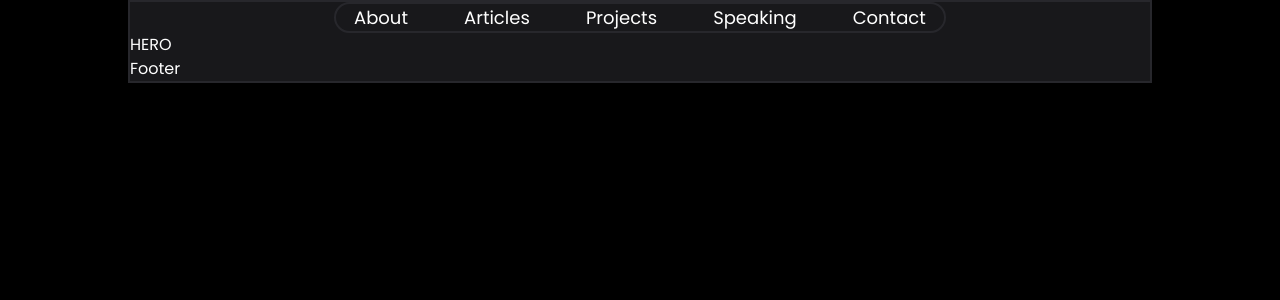
Repository: Wafaabahgat/Portfolio
Page: /
An editor plug-in stored every save of this project. The page is shown before and after the next save, followed by the edit.
The browser window is 1280 px wide. The pictures show the whole page.
The project was rebuilt for these pictures with package versions that can differ from the ones it lists, and the page was loaded fresh each time. Also part of the build but not shown: vite.config.ts, src/App.css, src/ErrorPage.tsx.

Above is the page before, as saved 2023-12-07 02:57:28.

### index.html
<!DOCTYPE html>
<html lang="en">
  <head>
    <meta charset="UTF-8" />
    <link rel="icon" type="image/svg+xml" href="/vite.svg" />
    <meta name="viewport" content="width=device-width, initial-scale=1.0" />
    <link rel="preconnect" href="https://fonts.googleapis.com" />
    <link rel="preconnect" href="https://fonts.gstatic.com" crossorigin />
    <link
      href="https://fonts.googleapis.com/css2?family=Poppins:wght@200;300;400;500;600;700;800&display=swap"
      rel="stylesheet"
    />
    <title>My Portfilio</title>
  </head>
  <body>
    <div id="root"></div>
    <script type="module" src="/src/main.tsx"></script>
  </body>
</html>

### src/main.tsx
import { RouterProvider } from "react-router-dom";
import ReactDOM from "react-dom/client";
import "./index.css";
import router from "./App";

ReactDOM.createRoot(document.getElementById("root")!).render(
  <RouterProvider router={router} />
);

### src/index.css
@tailwind base;
@tailwind components;
@tailwind utilities;

* {
  font-family: "Poppins", sans-serif;
}

:root {
  --primary: #000;
  --secondary: rgb(24 24 27);
  --border: rgb(63, 63, 70, 0.4);
}
.light {
  --primary: #fff;
}

body {
  background-color: var(--primary);
  color: #fff;
}

html {
  /* max-width: 2000px; */
  margin: 0;
  padding: 0;
}

.container {
  width: 80%;
  margin-left: auto;
  margin-right: auto;
  background-color: var(--secondary);
  border: 2px solid var(--border);
}

.line {
  border: 1px solid var(--border);
  margin: 1rem 0;
}
.border-h {
  border: 2px solid var(--border);
}

### src/App.tsx
import "./App.css";
import { createBrowserRouter } from "react-router-dom";
// import Root from "@pages/root";
import Root from "./pages/root";

import { Home } from "./pages/index";
import ErrorPage from "./ErrorPage";

const router = createBrowserRouter([
  {
    path: "/",
    element: <Root />,
    errorElement: <ErrorPage />,
    children: [
      {
        index: true,
        path: "/",
        element: <Home />,
      },
    ],
  },
]);

export default router;

### src/pages/root.tsx
import { Outlet } from "react-router-dom";
import Header from "../components/layouts/Header";
import Footer from "../components/layouts/Footer";

const Root = () => {
  return (
    <div className="container">
      <Header />
      <Outlet />
      <Footer />
    </div>
  );
};

export default Root;

### src/components/layouts/Header.tsx
import { FC } from "react";
import { useLocation, Link } from "react-router-dom";
import { cn } from "../../utils";

interface HeaderProps {}

const links = [
  {
    link: "/about",
    name: "about",
  },
  {
    link: "/articles",
    name: "articles",
  },
  {
    link: "/projects",
    name: "projects",
  },
  {
    link: "/speaking",
    name: "speaking",
  },
  {
    link: "/contact",
    name: "contact",
  },
];

const Header: FC<HeaderProps> = () => {
  const { pathname } = useLocation();

  return (
    <>
      <div className="">
        <nav className="flex gap-5 border-h rounded-full w-[60%] mx-auto ">
          {links?.map((e, i) => (
            <Link
              key={i}
              to={e?.link}
              className={cn(
                pathname === e?.link
                  ? "text-main-light font-semibold"
                  : "text-white ",
                "capitalize text-[18px] whitespace-nowrap mx-auto"
              )}
            >
              {e?.name}
            </Link>
          ))}
        </nav>
      </div>
    </>
  );
};

export default Header;

### src/components/layouts/Footer.tsx
import { FC } from "react";

interface FooterProps {}

const Footer: FC<FooterProps> = () => {
  return (
    <>
      <div>Footer</div>
    </>
  );
};

export default Footer;

### src/pages/Home.tsx
import { FC } from "react";
import Hero from "../components/home/Hero";

interface HomeProps {}

const Home: FC<HomeProps> = () => {
  return (
    <>
      <div>
        <Hero />
      </div>
    </>
  );
};

export default Home;

### src/components/home/Hero.tsx
import { FC } from "react";

interface HeroProps {}

const Hero: FC<HeroProps> = () => {
  return (
    <>
      <div>HERO</div>
    </>
  );
};

export default Hero;

### tailwind.config.js
/** @type {import('tailwindcss').Config} */
export default {
  content: ["./index.html", "./src/**/*.{js,ts,jsx,tsx}"],
  darkMode: "class",
  theme: {
    extend: {
      colors: {
        main: "#252466",
        "main-light": "#3873FF",
        "sub-dark": "#252466",
        "main-dark": "#41427D",
        "text-color": "#FCFCFC",
        "text-gray": "#667085",
        "text-primary": "#9795B5",
      },
      // gridTemplateColumns: {
      //   prod: "repeat(auto-fit, minmax(130px, 1fr))",
      //   plog: "repeat(auto-fit, minmax(300px, 1fr))",
      // },
    },
  },
  plugins: [],
};

Loaded but not shown: src/pages/index.ts (common file); src/utils.ts (common file)

After the next save:
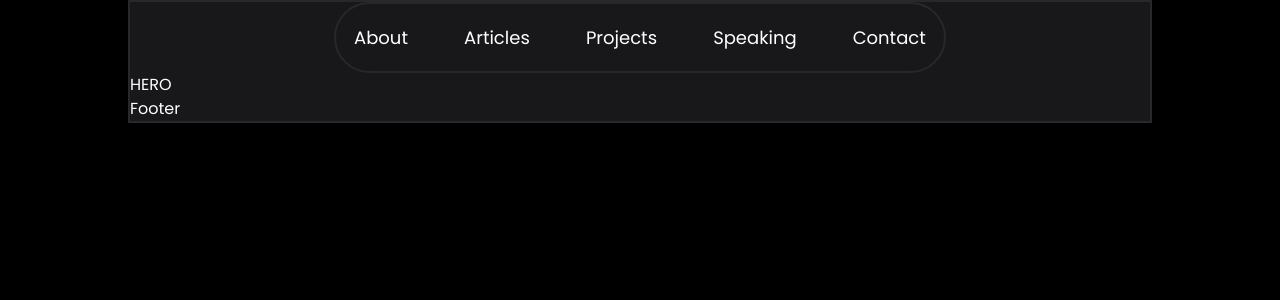
Saved 8 s later.
--- a/src/components/layouts/Header.tsx
+++ b/src/components/layouts/Header.tsx
@@ -33,7 +33,7 @@ const Header: FC<HeaderProps> = () => {
   return (
     <>
       <div className="">
-        <nav className="flex gap-5 border-h rounded-full w-[60%] mx-auto ">
+        <nav className="flex gap-5 py-5 border-h rounded-full w-[60%] mx-auto ">
           {links?.map((e, i) => (
             <Link
               key={i}
